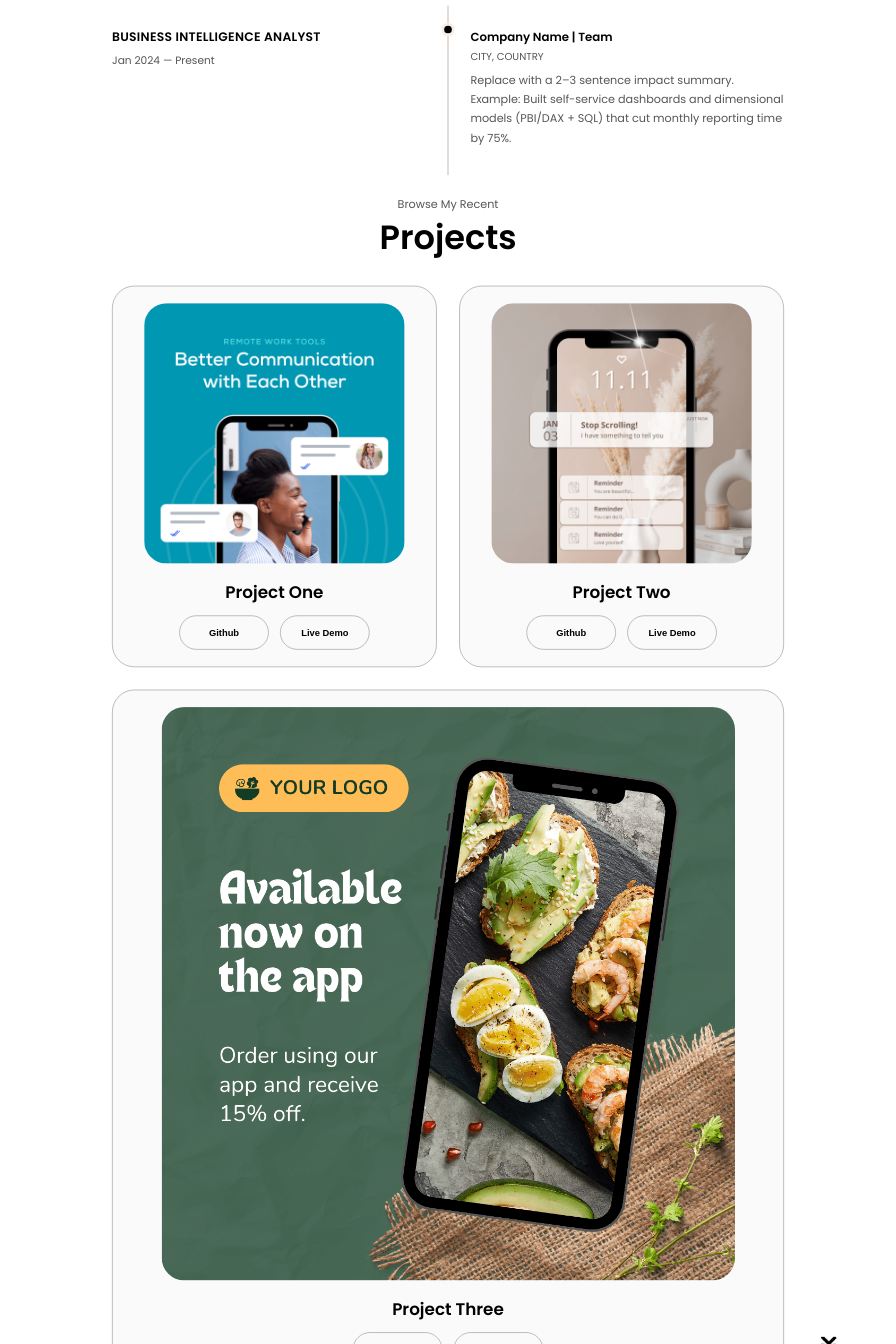
Repository: Komal-A99/komal-albhar
Page: index.html
These files come from the project's save history. The page is drawn as it stood at one moment and after the next save; the edit follows.
The browser window is 1280 px wide. The pictures show the part of the page from y = 1663 to 3583 px (the page is 4430 px tall before and 5894 px after), at 70% of full size.

Above is the page before, as saved 2025-08-26 10:54:45.

After the next save:
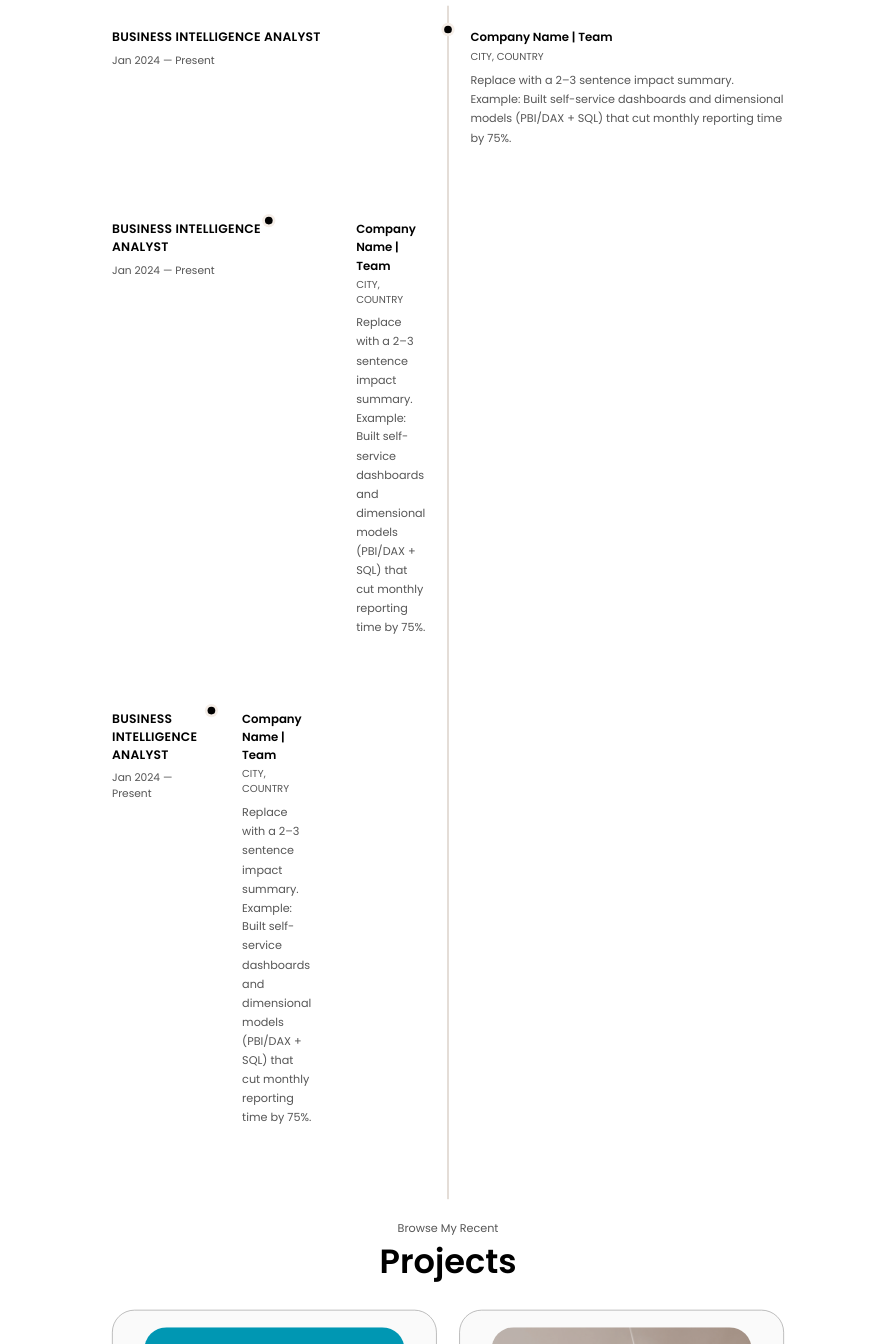
Saved 56 s later.
--- a/index.html
+++ b/index.html
@@ -149,6 +149,34 @@
               dimensional models (PBI/DAX + SQL) that cut monthly reporting time by 75%.
             </p>
           </div>
+
+          <div class="tl-item">
+            <div class="tl-left">
+              <h3>Business Intelligence Analyst</h3>
+              <div class="tl-date">Jan 2024 — Present</div>
+            </div>
+            <div class="tl-right">
+              <h3 class="company">Company Name | Team</h3>
+              <div class="location">City, Country</div>
+              <p class="desc">
+                Replace with a 2–3 sentence impact summary. Example: Built self-service dashboards and
+                dimensional models (PBI/DAX + SQL) that cut monthly reporting time by 75%.
+              </p>
+            </div>
+
+            <div class="tl-item">
+              <div class="tl-left">
+                <h3>Business Intelligence Analyst</h3>
+                <div class="tl-date">Jan 2024 — Present</div>
+              </div>
+              <div class="tl-right">
+                <h3 class="company">Company Name | Team</h3>
+                <div class="location">City, Country</div>
+                <p class="desc">
+                  Replace with a 2–3 sentence impact summary. Example: Built self-service dashboards and
+                  dimensional models (PBI/DAX + SQL) that cut monthly reporting time by 75%.
+                </p>
+              </div>
         </div>
 
         <!-- Duplicate tl-item blocks for each role -->
